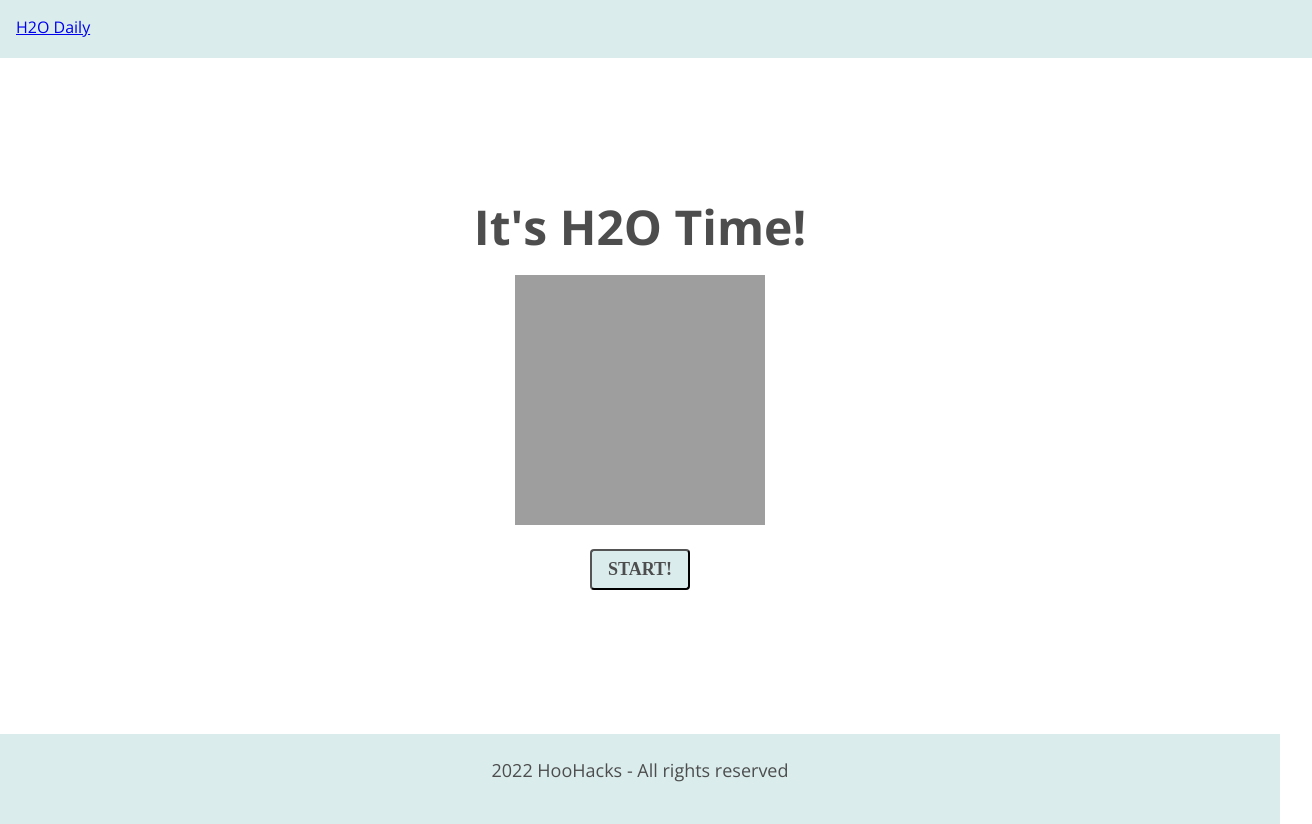
Repository: jennyjjung/H2ODaily
Page: index.html
These files come from the project's save history. The page is drawn as it stood at one moment and after the next save; the edit follows.
The browser window is 1280 px wide. The page is 1312 px wide, so the pictures cover 1312 px, including what lies to the right of the window. The pictures show the whole page.
Pictures or frames that could not be fetched are drawn as grey boxes. Some web fonts or font styles are not loaded; a fallback is used.

Above is the page before, as saved 2022-03-26 17:58:08.

### index.html
<!DOCTYPE html>
<html lang="en">
<head>
  <meta charset="UTF-8">
  <meta http-equiv="X-UA-Compatible" content="IE=edge">
  <meta name="viewport" content="width=device-width, initial-scale=1.0">
  <title>H2O Daily</title>
  <link href='https://fonts.googleapis.com/css?family=Unica One' rel='stylesheet'>
  <link href="https://fonts.googleapis.com/css2?family=Open+Sans:wght@400;600;700&display=swap" rel="stylesheet">
  <link rel="stylesheet" href="style.css" />
  <script src="main.js" defer></script>
</head>
<body>

  <nav id="navbar">
    <div class="navbar__logo">
      <i class="fa-solid fa-glass-water"></i>
      <a href="#">H2O Daily</a>
    </div>
  </nav>

  <section id="home">
    <div class= "home__container">
      <h1 class="home__title">It's H2O Time! </h1>
      <img src="images/krusty_krab.png" alt="H2ODaily Logo" class="home__logo">
      <button class="btn__home">START!</button>
    </div>
  </section>

  <section id="bottom">
    <div class= "bottom__container">
      <p class="bottom__rights">2022 HooHacks - All rights reserved</p>
    </div>
  </section>

</body>
</html>

### style.css
/* Global */
:root {
  /* Color */
  --color-white: #ffffff;
  --color-dark-grey: #4d4d4d;
  --color-blue: #daedec;
  --color-dark-blue: #b9d8d6;

  /* Font weight */
  --weight-bold: 700;
  --weight-semi-bold: 600;
  --weight-regular: 400;

  /* Font Size */
  --font-large: 48px;
  --font-medium: 28px;
  --font-regular: 18px;
  --font-small: 16px;
  --font-micro: 14px;

  /* Size */
  --size-border-radius: 4px;
}

body {
  margin: 0;
  font-family: "Open Sans";
  cursor: default;
}

h1 {
  font-size: var(--font-large);
  font-weight: var(--weight-bold);
  color: var(--color-black);
  margin: 16px 0px;
}

p {
  font-size: var(--font-regular);
  font-weight: var(--weight-regular);
  color: var(--color-dark-grey);
  margin: 4px 0;
}

/* Navbar */
#navbar {
  width: 100%;
  height: 26px;
  background-color: var(--color-blue);
  padding: 16px;
}

/* Home */
#home {
  padding: 120px 40px;
  text-align: center;
}

.home__title {
  color: var(--color-dark-grey);
}

.home__container {
  display: flex;
  flex-direction: column;
  align-items: center;
}

.home__logo {
  width: 250px;
  height: 250px;
}

.btn__home {
  color: var(--color-dark-grey);
  background-color: var(--color-blue);
  font-size: var(--font-regular);
  font-weight: var(--weight-bold);
  font-family: "Unica One";
  margin: 24px;
  padding: 8px 16px;
  border-radius: var(--size-border-radius);
}

.btn__home:hover {
  background-color: var(--color-dark-blue);
}

#bottom {
  background-color: var(--color-blue);
  padding: 20px;
  text-align: center;
  height: 50px;
}

Loaded but not shown: main.js (no copy from this time; the picture is the same without it)

After the next save:
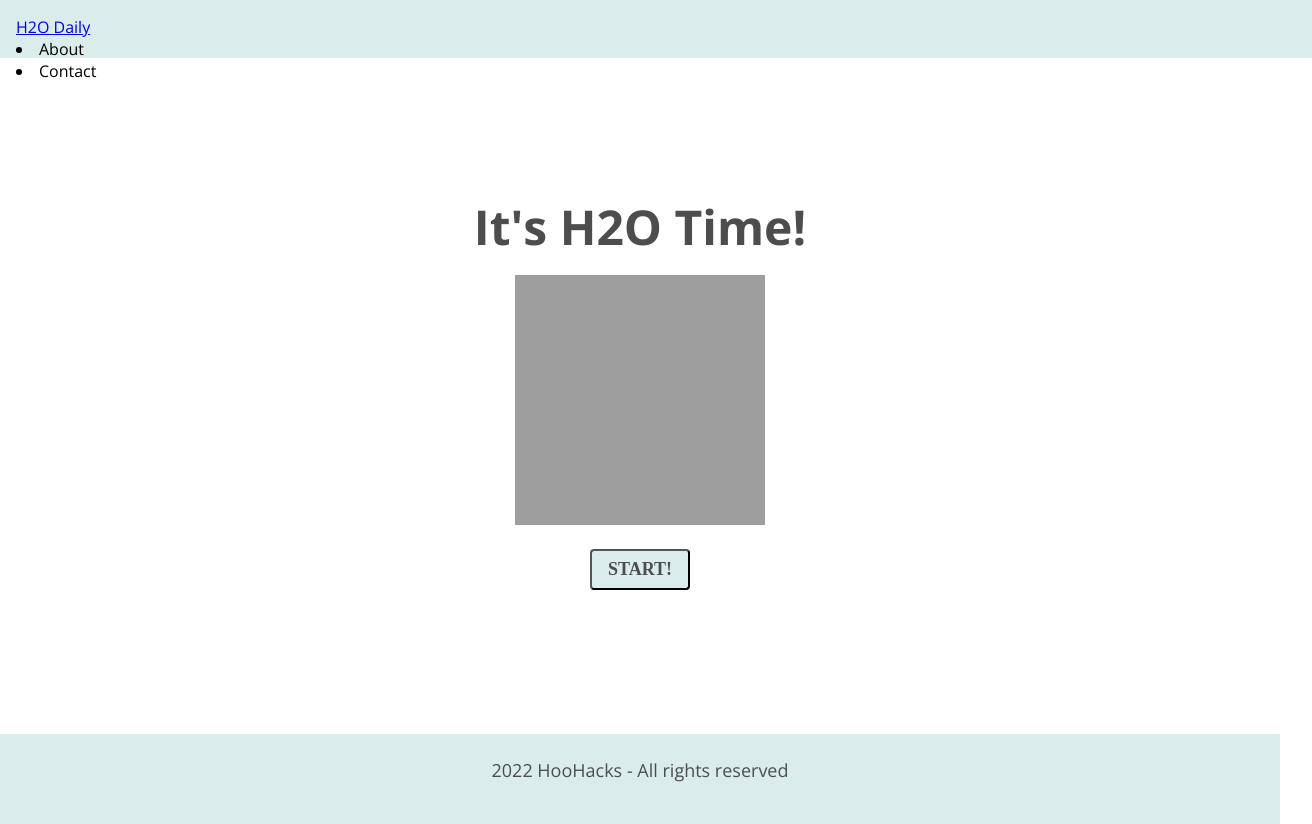
Saved 2 min 12 s later.
--- a/index.html
+++ b/index.html
@@ -17,6 +17,10 @@
       <i class="fa-solid fa-glass-water"></i>
       <a href="#">H2O Daily</a>
     </div>
+    <div class="navbar__menu">
+      <li class="navbar__menu__item">About</li>
+      <li class="navbar__menu__item">Contact</li>
+    </div>
   </nav>
 
   <section id="home">
